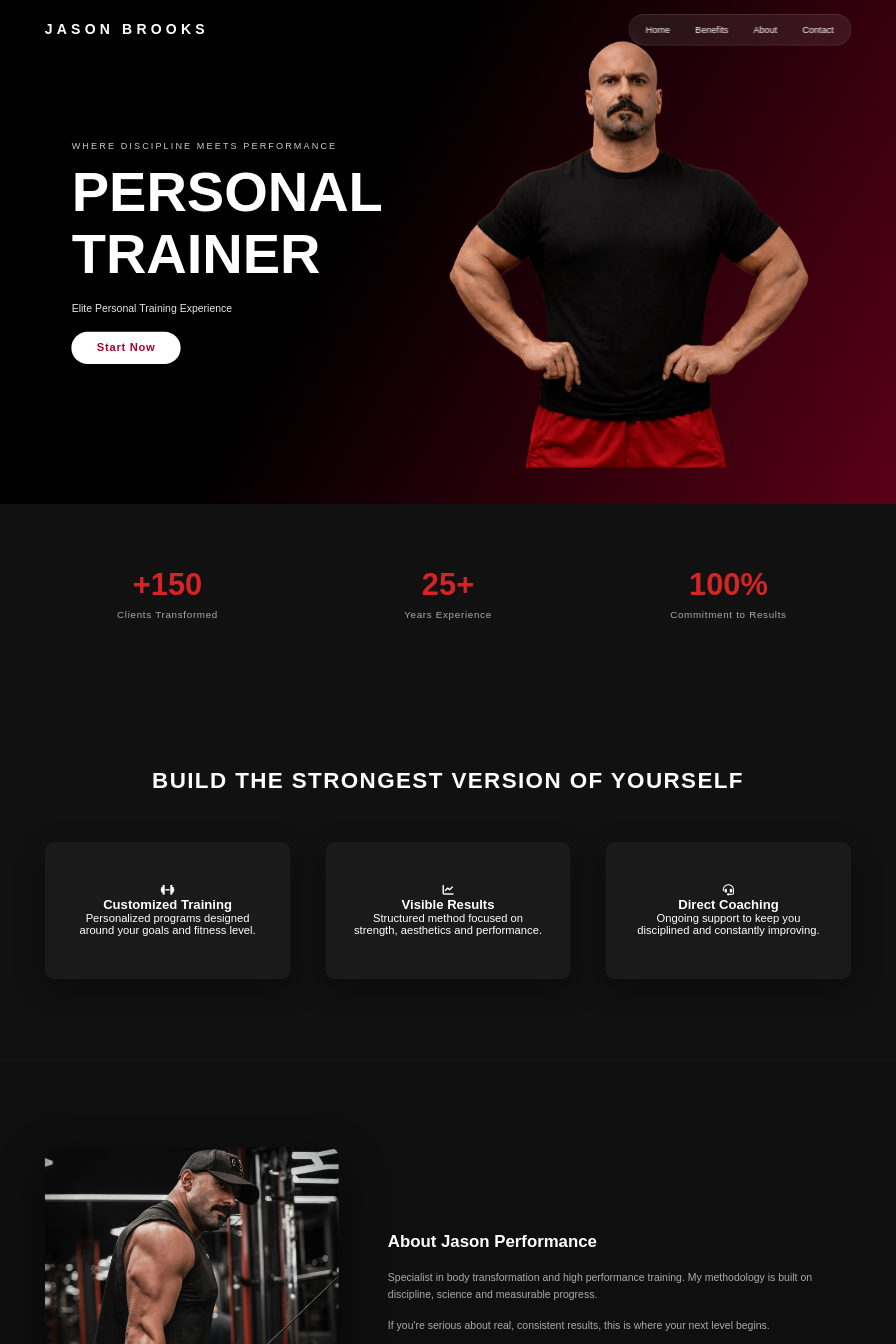
Repository: davidfsillva/Jason-Brooks
Page: index.html
These files come from the project's save history. The page is drawn as it stood at one moment and after a run of saves; the edit follows.
The browser window is 1280 px wide. The pictures show the part of the page from y = 0 to 1920 px (the page is 3042 px tall), at 70% of full size.
Some web fonts or font styles are not loaded; a fallback is used.

Above is the page before, as saved 2026-02-20 23:21:17.

After the next 2 saves:
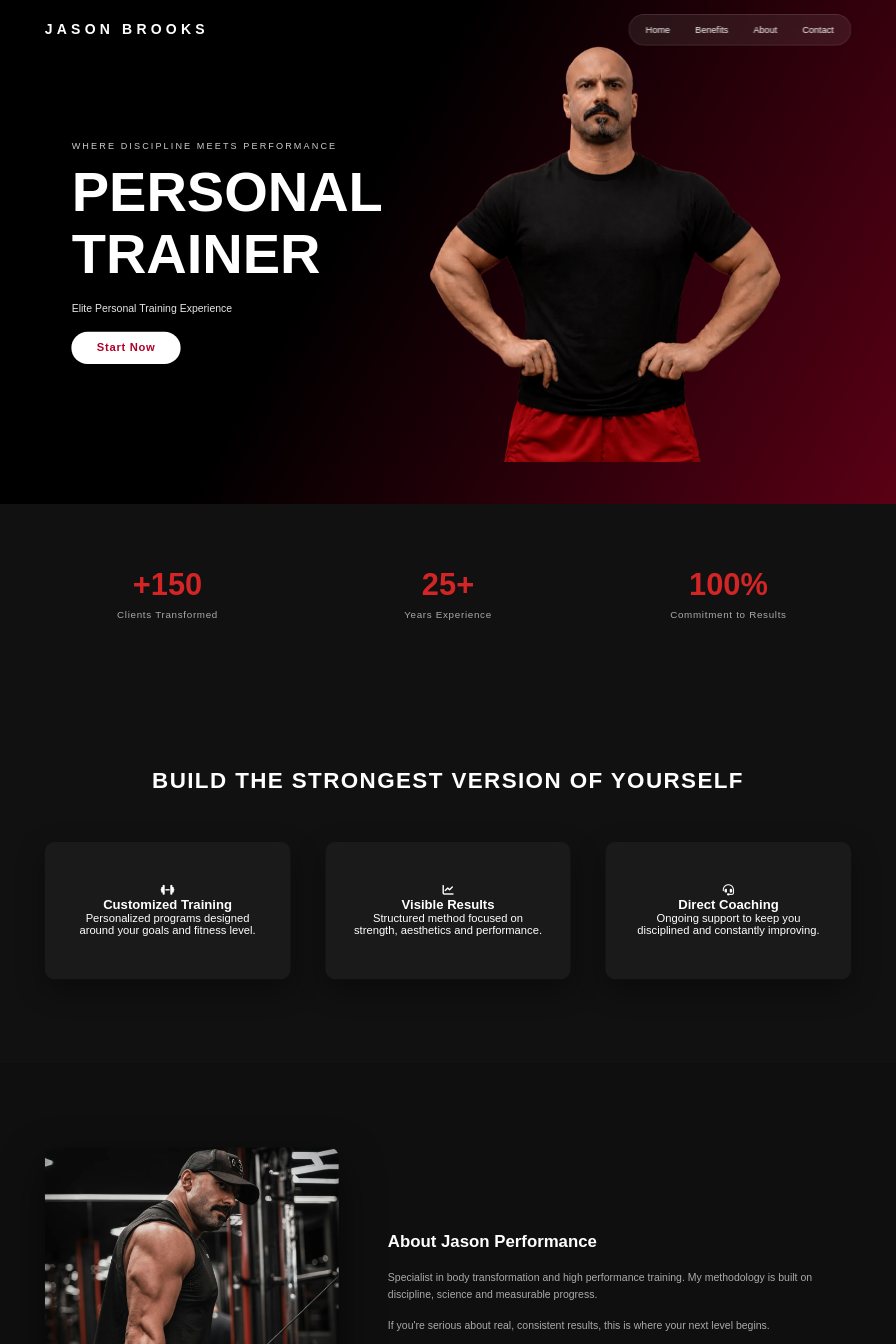
The 2 saves are shown as one change because they came seconds apart.
The last was saved 6 s later.
--- a/style.css
+++ b/style.css
@@ -237,7 +237,7 @@
     display: flex;
     justify-content: flex-end; /* mantém no lado direito */
     align-items: center;
-    padding-right: 20px; /* controla o quanto ela se afasta da borda */
+    padding-right: 60px; /* controla o quanto ela se afasta da borda */
 }
 
 .hero-image-side img {
